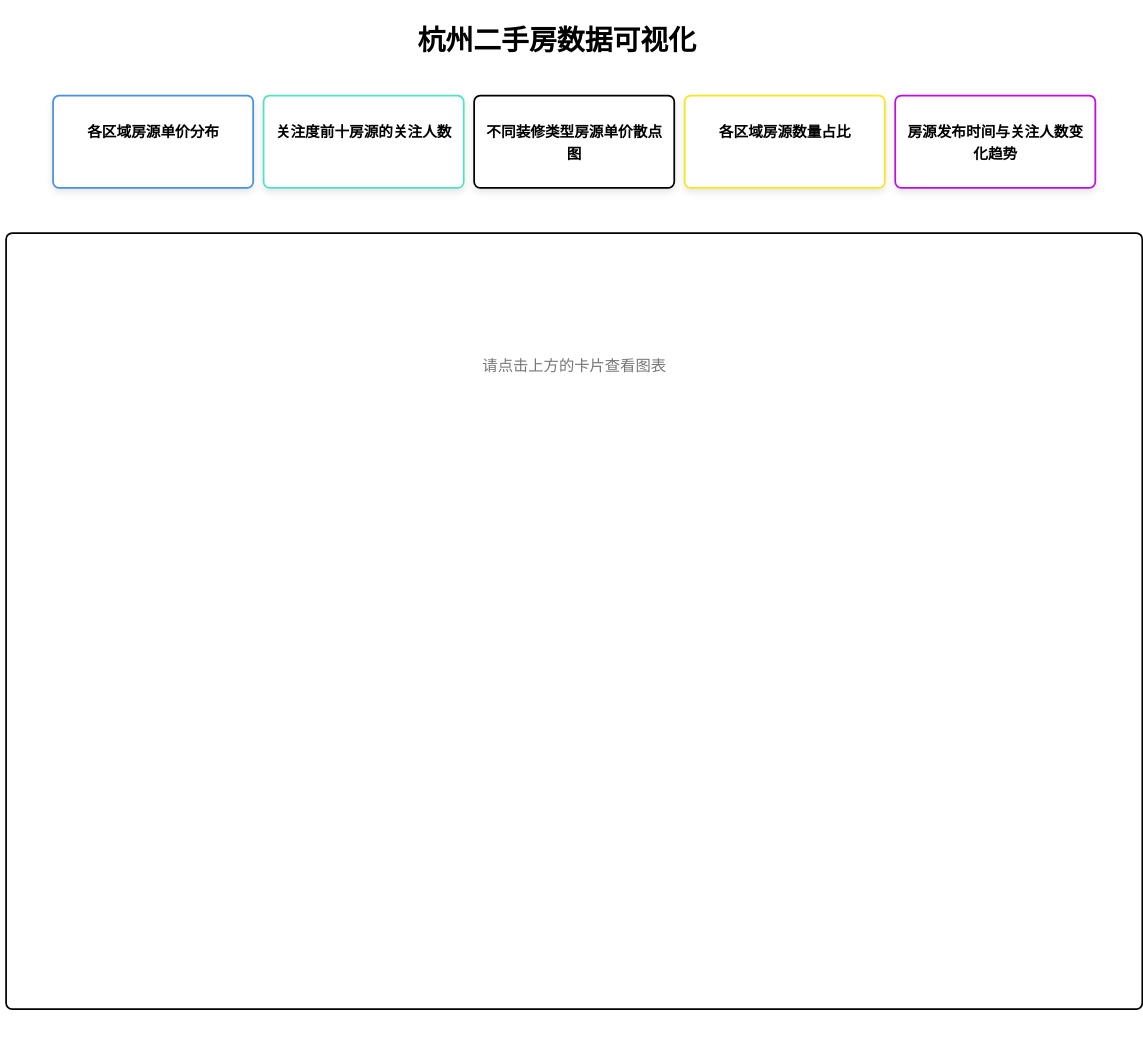
Repository: sakimi-9/DPV-SHP_HangZhou
Page: / (app in rendering/)
These files come from the project's save history. The page is drawn as it stood at one moment and after the next save; the edit follows.
The browser window is 1280 px wide. The page is 1314 px wide, so the pictures cover 1314 px, including what lies to the right of the window. The pictures show the whole page, at 87% of full size.
The project was rebuilt for these pictures with package versions that can differ from the ones it lists, and the page was loaded fresh each time. Also part of the build but not shown: rendering/vite.config.ts.

Above is the page before, as saved 2025-05-29 11:50:26.

### rendering/index.html
<!DOCTYPE html>
<html lang="en">

<head>
    <meta charset="UTF-8">
    <link rel="icon" href="/favicon.ico">
    <meta name="viewport" content="width=device-width, initial-scale=1.0">
    <title>二手房数据可视化</title>
</head>

<body>
    <div id="app"></div>
    <script type="module" src="/src/main.ts"></script>
</body>

</html>

### rendering/src/App.vue
<template>
  <div>
    <h1 style="text-align: center;">杭州二手房数据可视化</h1>

    <!-- 模式切换 UI -->


    <!-- 2D 图表区域 -->
    <HouseCharts v-if="currentMode === '2D'" :house-data="houseData" />

  </div>
</template>

<script setup lang="ts">
import { ref, onMounted } from 'vue';

// 导入新组件
import HouseCharts from './components/HouseCharts.vue';

// 导入数据解析器
import { ParsedHouse, parseHouseData } from '../util/dataParser';

// Define a ref to store the parsed data
const houseData = ref<ParsedHouse[] | null>(null);

// 定义当前模式状态
const currentMode = ref<'2D'>('2D'); // Only 2D mode is available now

// 定义控制数据分析部分显示的状态变量
const showAnalysis = ref(false);

// 切换数据分析部分显示状态的函数
const toggleAnalysis = () => {
  showAnalysis.value = !showAnalysis.value;
};

// 数据加载逻辑 (修改：先加载经纬度，再加载房源数据)
onMounted(async () => {
  try {
    const response = await fetch('/house_data.json');
    if (!response.ok) {
      throw new Error(`HTTP error! status: ${response.status}`);
    }
    const rawHouseData = await response.json();
    // 解析房源数据时传入经纬度 Map
    houseData.value = parseHouseData(rawHouseData);

    console.log('解析后的数据并存储:', houseData.value);

  } catch (error) {
    console.error('Error loading or processing data:', error);
  }
});

// 显式导出响应式变量 (可能有助于类型检查)
// export { houseData, currentMode };

</script>

<style scoped>
/* Add any specific styles for the 3D visualization container if needed */
/* Only retain App.vue's own styles */
/* HouseCharts.vue */
.chart-display-area>div[ref] {
  width: 100%;
  height: 600px;
  /* Fixed height for the chart */
}

/* HouseCharts.vue */
.chart-display-area {
  /* ... existing styles ... */
  min-height: 850px;
  /* Ensure a minimum height for the box, adjust based on chart height */
}

.chart-display-area>div[ref] {
  width: 100%;
  height: 800px;
  /* Adjusted height */
}

div {
  margin-bottom: 20px;
}

button {
  margin-right: 10px;
}

/* Add styles for the data analysis container */
.data-analysis-container {
  border: 1px solid #ccc;
  /* Add a border */
  padding: 20px;
  /* Add padding inside the box */
  margin-top: 20px;
  /* Add some space above the box */
  background-color: #f9f9f9;
  /* Add a light background color */
  border-radius: 8px;
  /* Rounded corners */
}

.data-analysis-container h2,
.data-analysis-container h3 {
  text-align: center;
  /* Center the titles within the box */
  color: #333;
  /* Darker color for titles */
  margin-bottom: 15px;
  /* Add space below titles */
}

.data-analysis-container h4 {
  margin-top: 15px;
  /* Space above h4 */
  margin-bottom: 10px;
  /* Space below h4 */
  color: #555;
  /* Slightly lighter color for h4 */
}

.data-analysis-container p {
  line-height: 1.6;
  /* Improve readability with more line spacing */
  color: #555;
  /* Slightly lighter color for text */
  margin-bottom: 10px;
  /* Adjust space between paragraphs */
}

.data-analysis-container ul {
  margin-bottom: 15px;
  /* Space below lists */
  padding-left: 20px;
  /* Indent list items */
}

.data-analysis-container ul li {
  margin-bottom: 5px;
  /* Space between list items */
  line-height: 1.5;
  /* Line spacing for list items */
  color: #555;
}


.data-analysis-container p strong {
  color: #000;
  /* Make strong text black */
}

/* Remove styles migrated to TwoDCharts.vue */
/* Keep only App.vue specific styles */

/* Example styles for layout if needed, adjust based on your structure */
/*
.container {
    max-width: 960px;
    margin: 0 auto;
    padding: 20px;
}
*/

/* Add styles for the analysis button */
.analysis-button {
  position: fixed;
  /* Fixed position relative to the viewport */
  bottom: 20px;
  /* 20px from the bottom */
  right: 20px;
  /* 20px from the right */
  z-index: 1000;
  /* Ensure it's above other content */
  padding: 10px 20px;
  font-size: 16px;
  background-color: #007bff;
  color: white;
  border: none;
  border-radius: 5px;
  cursor: pointer;
  box-shadow: 0 2px 5px rgba(0, 0, 0, 0.2);
}

.analysis-button:hover {
  background-color: #0056b3;
}
</style>

### rendering/src/components/HouseCharts.vue
<template>
    <div class="charts-container">
        <!-- Main Title - Centered in App.vue -->

        <!-- Chart Cards Grid -->
        <div class="charts-grid">
            <div v-for="(chart, index) in charts" :key="index" class="chart-card"
                :style="{ 'border-color': getCardColor(index) }" @click="selectChart(index)">
                <h3>{{ chart.title }}</h3>
            </div>
        </div>

        <!-- Chart Display Area (Black Box) -->
        <div class="chart-display-area">
            <div v-if="selectedChartIndex !== null && currentChart" class="selected-chart-content">
                <h3>{{ currentChart.title }}</h3>
                <!-- Chart rendering area - always in DOM, content controlled by JS -->
                <div ref="selectedChartDisplayRef" style="width: 100%; height: 800px;"></div>
            </div>
            <div v-else class="placeholder-message">
                <p>请点击上方的卡片查看图表</p>
            </div>
        </div>

    </div>
</template>

<script setup lang="ts">
import { ref, onMounted, watch, computed, nextTick } from 'vue';
import * as echarts from 'echarts/core';
// Import the necessary components and charts
import { BarChart, PieChart, ScatterChart, BoxplotChart, LineChart } from 'echarts/charts';
import { GridComponent, TooltipComponent, LegendComponent, TitleComponent } from 'echarts/components';
import { CanvasRenderer } from 'echarts/renderers';

// Import data parsing functions
import {
    getAreaPriceBoxPlotData,
    getTop10FollowedHousesData,
    getRenovationPriceScatterData,
    getAreaHouseCountPieData,
    getPublishTimeFollowersTrendData
} from '../../util/chartDataParser';

echarts.use([
    BarChart,
    PieChart,
    ScatterChart,
    BoxplotChart,
    LineChart,
    GridComponent,
    TooltipComponent,
    LegendComponent,
    TitleComponent,
    CanvasRenderer,
]);

// 定义解析后的房源数据接口 (Copy from dataParser.ts for self-containment)
interface ParsedHouse {
    房源标题: string;
    室: number | null;
    厅: number | null;
    面积: number | null; // 平米
    朝向: string | null;
    装修: string | null;
    楼层信息: string | null; // 例如 "中楼层"
    总楼层: number | null;
    建筑年份: number | null; // 例如 2012
    建筑类型: string | null; // 例如 "板塔结合"
    小区名称: string | null;
    所在区域: string | null; // 例如 "临河里"
    单价: number | null; // 元/平
    关注人数: number | null;
    发布时间: string | null; // 例如 "2个月以前发布"
    标签: string[];
}

// 定义接收的 props
const props = defineProps<{ houseData: ParsedHouse[] | null }>();

// Define ref for the selected chart display area
const selectedChartDisplayRef = ref<HTMLElement | null>(null);

// Define the current chart index
const selectedChartIndex = ref<number | null>(null);

// Computed property for the current chart information
const currentChart = computed(() => {
    if (selectedChartIndex.value === null) return null;
    return charts[selectedChartIndex.value];
});

// Function to select a chart
const selectChart = (index: number) => {
    selectedChartIndex.value = index;
    console.log("Selected chart index:", selectedChartIndex.value);
};

// Function to dispose of a chart instance
const disposeChart = (chartElement: HTMLElement) => {
    const chartInstance = echarts.getInstanceByDom(chartElement);
    if (chartInstance) {
        chartInstance.dispose();
    }
};

// Function to render the selected chart
const renderSelectedChart = (
    chartInfo: { title: string, render: (element: HTMLElement, data: ParsedHouse[]) => void } | null,
    data: ParsedHouse[] | null
) => {
    // Dispose of any previously rendered chart in the display area
    if (selectedChartDisplayRef.value) {
        console.log("Disposing previous chart.");

        disposeChart(selectedChartDisplayRef.value);
        selectedChartDisplayRef.value.innerHTML = ''; // Clear previous chart content
    }

    if (!chartInfo || selectedChartIndex.value === null || !data || data.length === 0) {
        console.warn("No chart selected, no data, or chart info not ready.");
        // The placeholder is now controlled by v-else in the template
        console.log("Render conditions not met.", "Index:", selectedChartIndex.value, "Data present:", !!data, "Data length:", data ? data.length : 0);
        return;
    }

    const chartElement = selectedChartDisplayRef.value; // Get the display area element

    if (!chartElement) {
        console.warn("Chart display element is not available.");
        console.log("Render conditions not met.", "Index:", selectedChartIndex.value, "Data present:", !!props.houseData, "Data length:", props.houseData ? props.houseData.length : 0, "Element available:", !!chartElement);

        return; // Exit if the element is null
    }

    // Directly get chart info based on selected index
    if (chartElement && chartInfo) {
        // Render the current chart
        console.log(`Attempting to render chart: ${chartInfo.title}`);
        try {
            chartInfo.render(chartElement, data); // Pass the display area element to the render function
            console.log(`Successfully called render function for: ${chartInfo.title}`);
        } catch (error) {
            console.error(`Error rendering chart ${chartInfo.title}:`, error);
            chartElement.innerHTML = '<p>图表加载失败</p>';
            console.log(`Caught error during render for: ${chartInfo.title}`);
        }
    }
};

// Watch for changes in houseData or selectedChartIndex to determine if a chart *should* be rendered
watch([() => props.houseData, selectedChartIndex], async ([newData, newIndex]) => {
    // If conditions are met (data and index valid), render the chart.
    // Note: We don't await nextTick here directly for ref availability.
    // The rendering will happen when selectedChartDisplayRef becomes available.
    if (newIndex !== null && newData && newData.length > 0) {
        console.log("Data and Index valid, waiting for nextTick...");
        await nextTick(); // Wait for DOM updates

        const chartElement = selectedChartDisplayRef.value;
        if (chartElement) {
            console.log("Ref element available, attempting to render chart.", "Index:", newIndex);
            // Get the chart info directly from the charts array based on the index
            const chartInfo = charts[newIndex];
            if (chartInfo) {
                renderSelectedChart(chartInfo, newData);
            } else {
                console.error("Chart info not found for index:", newIndex);
            }
        } else {
            console.warn("Ref element not available after nextTick.");
        }
    } else {
        // If conditions are not met, dispose the current chart if it exists
        if (selectedChartDisplayRef.value) {
            console.log("Conditions not met, disposing chart.");
            disposeChart(selectedChartDisplayRef.value);
            selectedChartDisplayRef.value.innerHTML = '';
        }
    }
}, { immediate: true }); // Ensure initial check

// Function to get a color for the card based on index
const getCardColor = (index: number) => {
    const colors = ['#4A90E2', '#50E3C2', 'F5A623', '#F8E71C', '#BD10E0']; // Example colors - removed duplicate definition
    return colors[index % colors.length];
};

// --- Chart Render Functions ---

// 1. 各区域房源单价分布对比箱线图
function renderAreaPriceBoxPlot(chartElement: HTMLElement, data: ParsedHouse[]) {
    const chartData = getAreaPriceBoxPlotData(data);

    if (chartData.length === 0) {
        echarts.dispose(chartElement);
        chartElement.innerHTML = '<p>暂无区域单价分布数据</p>';
        return;
    }

    const areas = chartData.map(item => item.area);
    const prices = chartData.map(item => item.prices);

    const myChart = echarts.init(chartElement);
    console.log("ECharts instance initialized for:", "各区域房源单价分布");
    const option = {
        title: {
            text: '各区域房源单价分布',
            left: 'center'
        },
        tooltip: {
            trigger: 'item',
            axisPointer: { type: 'shadow' }
        },
        xAxis: {
            type: 'category',
            data: areas,
            boundaryGap: true,
            nameMap: areas,
            axisLabel: {
                interval: 0,
                rotate: 30,
                overflow: 'breakAll',
                ellipsis: '...'
            }
        },
        yAxis: {
            type: 'value',
            name: '单价 (元/平)'
        },
        series: [
            {
                name: '单价分布',
                type: 'boxplot',
                data: prices,
                tooltip: {
                    formatter: function (param: any) { // Keep any type for simplicity
                        if (param.data) {
                            return [
                                `区域: ${param.name}<br/>`,
                                `最大值: ${param.data[5].toFixed(2)}<br/>`,
                                `第三四分位数: ${param.data[4].toFixed(2)}<br/>`,
                                `中位数: ${param.data[3].toFixed(2)}<br/>`,
                                `第一四分位数: ${param.data[2].toFixed(2)}<br/>`,
                                `最小值: ${param.data[1].toFixed(2)}`
                            ].join('');
                        }
                        return '';
                    }
                }
            }
        ]
    };
    console.log("Setting option for:", "各区域房源单价分布", option);
    myChart.setOption(option);
}

// 2. 关注度前十房源的关注人数柱状图
function renderTop10FollowersBar(chartElement: HTMLElement, data: ParsedHouse[]) {
    const chartData = getTop10FollowedHousesData(data);

    if (chartData.length === 0) {
        echarts.dispose(chartElement);
        chartElement.innerHTML = '<p>暂无关注度前十房源数据</p>';
        return;
    }

    const titles = chartData.map(item => item.title);
    const followers = chartData.map(item => item.followers);

    const myChart = echarts.init(chartElement);
    console.log("ECharts instance initialized for:", "关注度前十房源的关注人数");
    const option = {
        title: {
            text: '关注度前十房源的关注人数',
            left: 'center'
        },
        tooltip: {},
        xAxis: {
            type: 'category',
            data: titles,
            axisLabel: {
                interval: 0,
                rotate: 30,
                overflow: 'breakAll',
                ellipsis: '...'
            }
        },
        yAxis: {
            type: 'value',
            name: '关注人数'
        },
        series: [
            {
                name: '关注人数',
                type: 'bar',
                data: followers
            }
        ]
    };
    console.log("Setting option for:", "关注度前十房源的关注人数", option);
    myChart.setOption(option);
}

// 3. 不同装修类型房源单价散点图
function renderRenovationPriceScatter(chartElement: HTMLElement, data: ParsedHouse[]) {
    const chartData = getRenovationPriceScatterData(data);

    if (chartData.length === 0) {
        echarts.dispose(chartElement);
        chartElement.innerHTML = '<p>暂无装修类型与单价数据</p>';
        return;
    }

    const scatterData = chartData.map((item: { renovation: string, price: number }) => [item.price, item.renovation]); // Explicitly type item

    // Get unique renovation types for y-axis categories
    const renovationTypes = Array.from(new Set(chartData.map((item: { renovation: string, price: number }) => item.renovation))) as string[]; // Explicitly type item and result

    const myChart = echarts.init(chartElement);
    console.log("ECharts instance initialized for:", "不同装修类型房源单价散点图");
    const option = {
        title: {
            text: '不同装修类型房源单价散点图',
            left: 'center'
        },
        tooltip: {
            trigger: 'axis',
            axisPointer: { type: 'shadow' },
            formatter: function (params: any) { // Keep any type for simplicity
                const item = params[0];
                return `装修: ${item.value[1]}<br/>单价: ${item.value[0].toFixed(2)} 元/平`;
            }
        },
        xAxis: {
            type: 'value',
            name: '单价 (元/平)'
        },
        yAxis: {
            type: 'category',
            data: renovationTypes,
            name: '装修类型'
        },
        series: [
            {
                name: '房源',
                type: 'scatter',
                data: scatterData
            }
        ]
    };
    console.log("Setting option for:", "不同装修类型房源单价散点图", option);
    myChart.setOption(option);
}

// 4. 各区域房源数量占比饼图
function renderAreaCountPie(chartElement: HTMLElement, data: ParsedHouse[]) {
    const chartData = getAreaHouseCountPieData(data);

    if (chartData.length === 0) {
        echarts.dispose(chartElement);
        chartElement.innerHTML = '<p>暂无区域房源数量数据</p>';
        return;
    }

    const pieData = chartData.map((item: { area: string, count: number }) => ({
        name: item.area,
        value: item.count
    })); // Explicitly type item

    const myChart = echarts.init(chartElement);
    console.log("ECharts instance initialized for:", "各区域房源数量占比");
    const option = {
        title: {
            text: '各区域房源数量占比',
            left: 'center'
        },
        tooltip: {
            trigger: 'item',
            formatter: '{a} <br/>{b}: {c} ({d}%)'
        },
        legend: {
            orient: 'vertical',
            left: 'left',
            data: chartData.map((item: { area: string, count: number }) => item.area) // Explicitly type item
        },
        series: [
            {
                name: '房源数量',
                type: 'pie',
                radius: '50%',
                data: pieData,
                emphasis: {
                    itemStyle: {
                        shadowBlur: 10,
                        shadowOffsetX: 0,
                        shadowColor: 'rgba(0, 0, 0, 0.5)'
                    }
                }
            }
        ]
    };
    console.log("Setting option for:", "各区域房源数量占比", option);
    myChart.setOption(option);
}

// 5. 房源发布时间与关注人数变化趋势折线图
function renderPublishTimeFollowersLine(chartElement: HTMLElement, data: ParsedHouse[]) {
    const chartData = getPublishTimeFollowersTrendData(data);

    if (chartData.length === 0) {
        echarts.dispose(chartElement);
        chartElement.innerHTML = '<p>暂无发布时间与关注人数趋势数据</p>';
        return;
    }

    const times = chartData.map((item: { time: string, totalFollowers: number }) => item.time); // Explicitly type item
    const totalFollowers = chartData.map((item: { time: string, totalFollowers: number }) => item.totalFollowers); // Explicitly type item

    const myChart = echarts.init(chartElement);
    console.log("ECharts instance initialized for:", "房源发布时间与关注人数变化趋势");
    const option = {
        title: {
            text: '房源发布时间与关注人数变化趋势',
            left: 'center'
        },
        tooltip: {
            trigger: 'axis'
        },
        xAxis: {
            type: 'category',
            data: times,
            axisLabel: {
                interval: 0,
                rotate: 30,
                overflow: 'breakAll',
                ellipsis: '...'
            }
        },
        yAxis: {
            type: 'value',
            name: '总关注人数'
        },
        series: [
            {
                name: '总关注人数',
                type: 'line',
                data: totalFollowers
            }
        ]
    };
    console.log("Setting option for:", "房源发布时间与关注人数变化趋势", option);
    myChart.setOption(option);
}

// Define the list of charts with their titles and render functions
const charts = [
    { title: '各区域房源单价分布', render: renderAreaPriceBoxPlot },
    { title: '关注度前十房源的关注人数', render: renderTop10FollowersBar },
    { title: '不同装修类型房源单价散点图', render: renderRenovationPriceScatter },
    { title: '各区域房源数量占比', render: renderAreaCountPie },
    { title: '房源发布时间与关注人数变化趋势', render: renderPublishTimeFollowersLine },
];

// Initial render logic (optional, handled by watch with immediate: true)
/*
onMounted(() => {
    renderSelectedChart(props.houseData);
});
*/

</script>

<style scoped>
.charts-container {
    display: flex;
    flex-direction: column;
    gap: 30px;
    /* Increased gap */
    align-items: center;
    margin-top: 20px;
    /* Adjusted top margin */
    padding: 20px;
    width: 100%;
    /* Ensure container takes full width */
}

.charts-grid {
    display: grid;
    grid-template-columns: repeat(5, 1fr);
    /* Changed to 5 equal columns */
    gap: 10px;
    /* Reduced gap to make cards smaller */
    width: 100%;
    max-width: 1200px;
    /* Keep max width */
    justify-content: center;
}

.chart-card {
    background-color: #fff;
    border: 2px solid;
    /* Use border-color from style binding */
    border-radius: 8px;
    padding: 10px;
    /* Reduced padding */
    text-align: center;
    cursor: pointer;
    box-shadow: 0 4px 8px rgba(0, 0, 0, 0.1);
    transition: transform 0.3s ease, box-shadow 0.3s ease;
    font-size: 0.9em;
    /* Slightly reduced font size */
}

.chart-card:hover {
    transform: translateY(-5px);
    box-shadow: 0 6px 12px rgba(0, 0, 0, 0.15);
}

.chart-display-area {
    margin-top: 20px;
    /* Space above the display area */
    border: 2px solid black;
    /* Black border */
    border-radius: 8px;
    padding: 20px;
    width: 100%;
    max-width: 1400px;
    /* Keep max width */
    display: flex;
    flex-direction: column;
    align-items: center;
    min-height: 850px;
    /* Ensure a minimum height for the box, adjusted for larger chart */
    /* Ensure a minimum height for the box */
}

.chart-display-area h3 {
    margin-top: 0;
    margin-bottom: 10px;
}

.chart-display-area>div[ref] {
    width: 140%;
    height: 600px;
    /* Increased height for the chart */
    /* Fixed height for the chart */
}

.placeholder-message {
    text-align: center;
    color: #777;
    font-size: 1.1em;
    margin-top: 100px;
    /* Center message vertically */
}

/* Removed carousel related styles */
</style>

Loaded but not shown: rendering/src/main.ts (common file); rendering/public/house_data.json (1034 lines, source omitted); rendering/util/dataParser.ts (112 lines, source omitted); rendering/util/chartDataParser.ts (107 lines, source omitted)

After the next save:
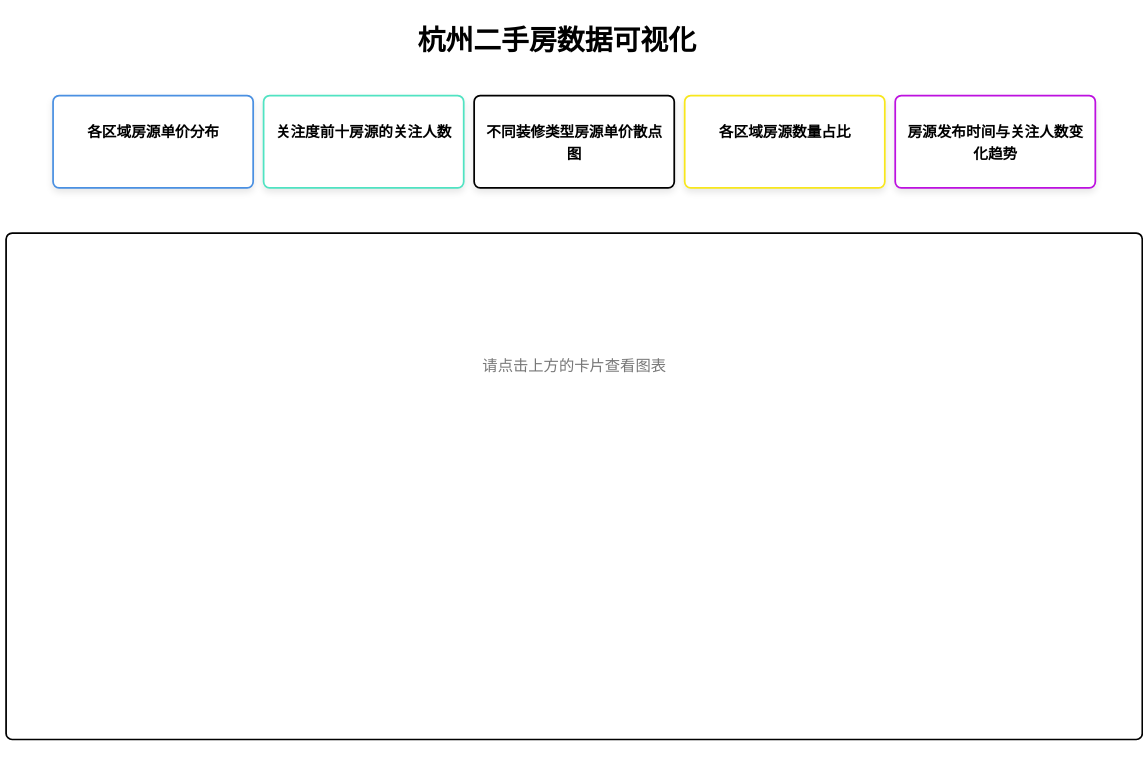
Saved 28 s later.
--- a/rendering/src/components/HouseCharts.vue
+++ b/rendering/src/components/HouseCharts.vue
@@ -15,7 +15,7 @@
             <div v-if="selectedChartIndex !== null && currentChart" class="selected-chart-content">
                 <h3>{{ currentChart.title }}</h3>
                 <!-- Chart rendering area - always in DOM, content controlled by JS -->
-                <div ref="selectedChartDisplayRef" style="width: 100%; height: 800px;"></div>
+                <div ref="selectedChartDisplayRef" style="width: 100%; height: 70vh;"></div>
             </div>
             <div v-else class="placeholder-message">
                 <p>请点击上方的卡片查看图表</p>
@@ -530,7 +530,7 @@ onMounted(() => {
     display: flex;
     flex-direction: column;
     align-items: center;
-    min-height: 850px;
+    min-height: 75vh;
     /* Ensure a minimum height for the box, adjusted for larger chart */
     /* Ensure a minimum height for the box */
 }
@@ -541,10 +541,9 @@ onMounted(() => {
 }
 
 .chart-display-area>div[ref] {
-    width: 140%;
-    height: 600px;
-    /* Increased height for the chart */
-    /* Fixed height for the chart */
+    width: 100%;
+    height: 70vh;
+    /* 例如，占视口高度的 70% */
 }
 
 .placeholder-message {
